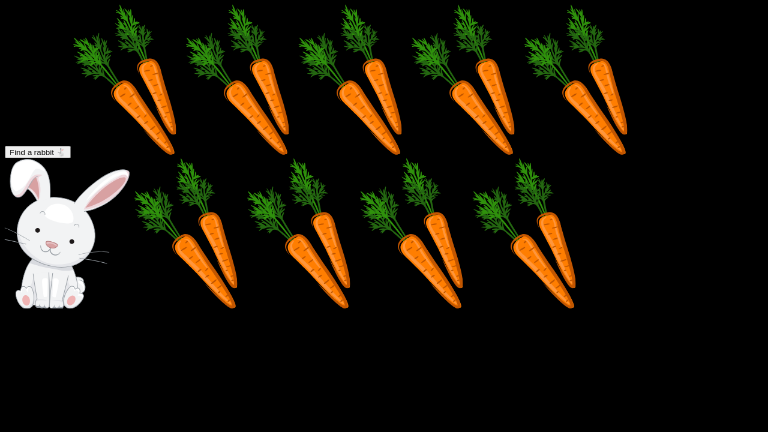
Repository: woojinShim/Browser-Study
Page: rabbits/index.html
These files come from the project's save history. The page is drawn as it stood at one moment and after the next save; the edit follows.
The browser window is 1280 px wide. The pictures show the whole page, at 60% of full size.

Above is the page before, as saved 2022-02-03 00:24:45.

After the next save:
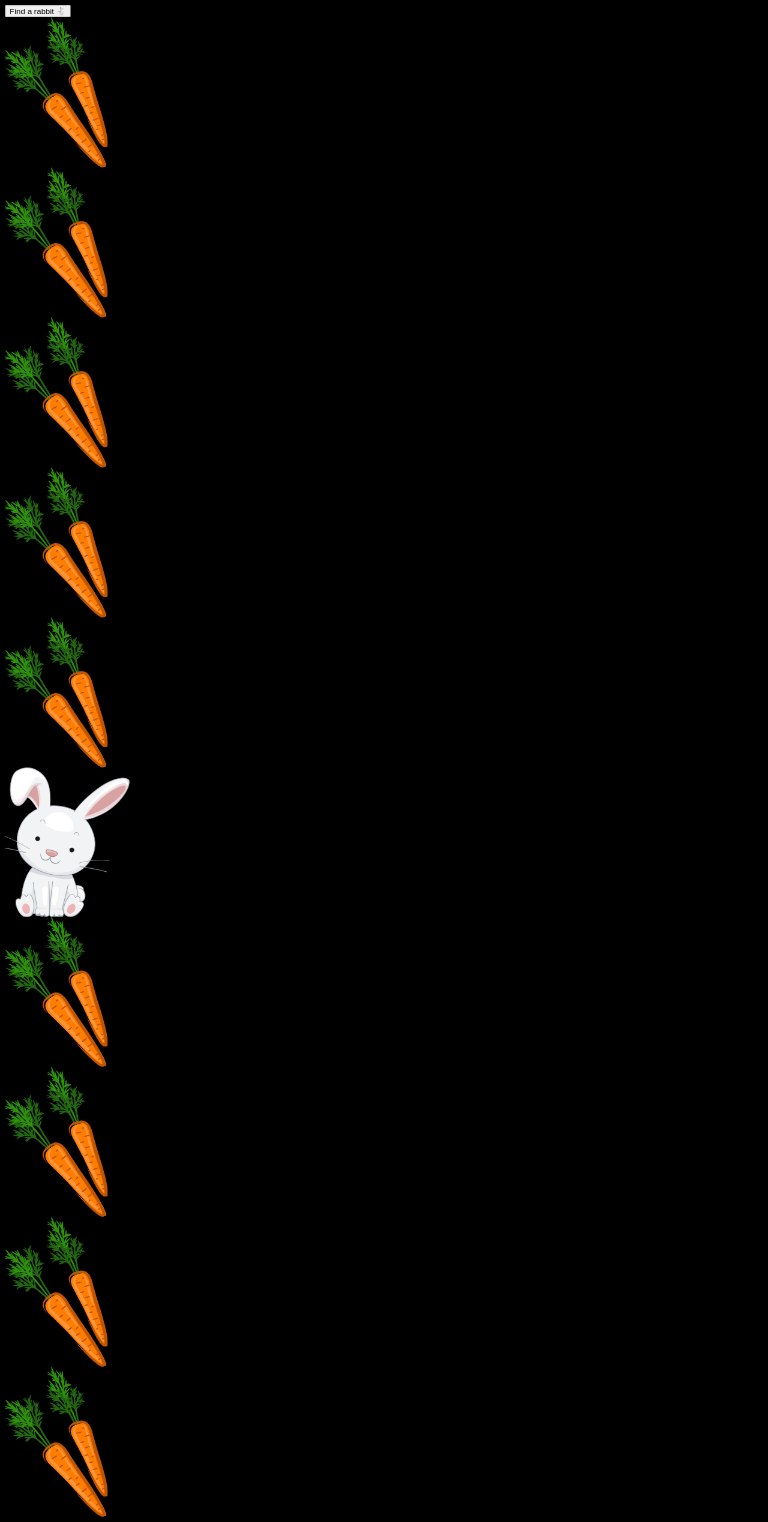
Saved 20 s later.
--- a/rabbits/index.html
+++ b/rabbits/index.html
@@ -9,6 +9,9 @@
         background-color: black;
       }
 
+      img {
+        display: block;
+      }
     </style>
   </head>
   <body>
